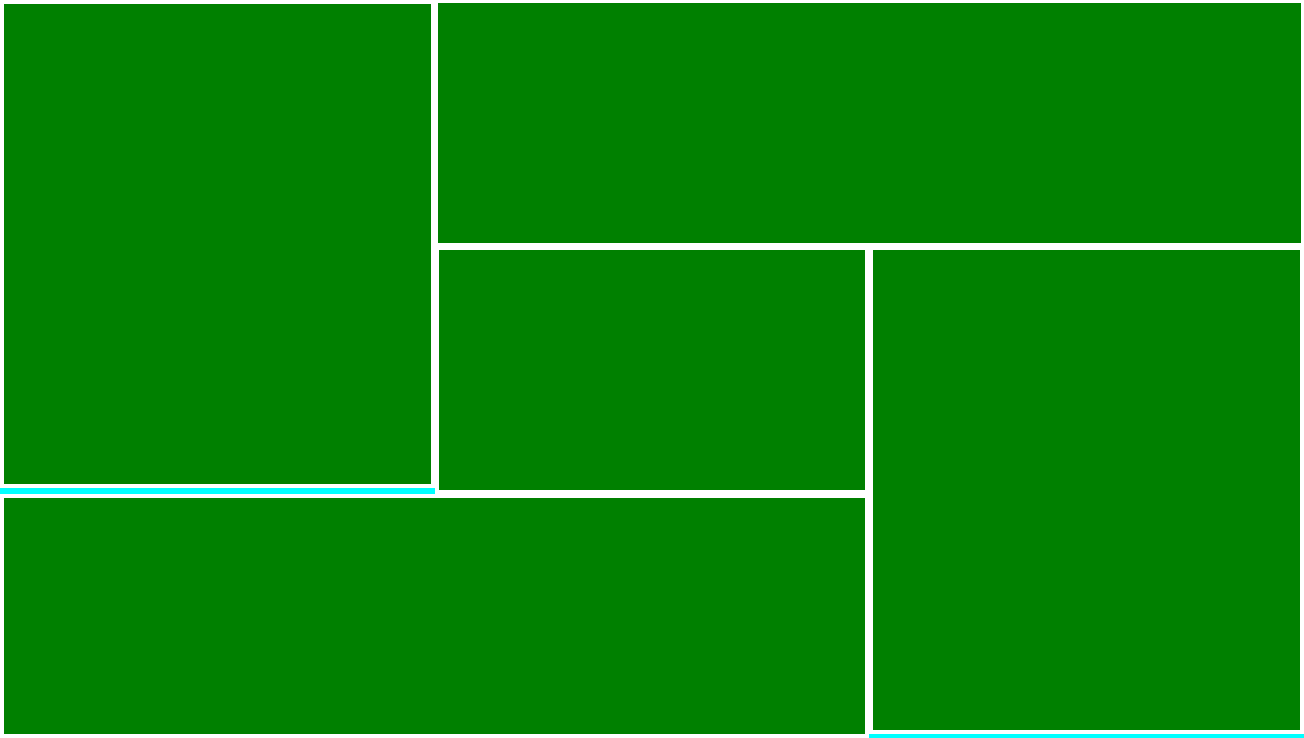
Repository: tianjiewang2022/tianjiewang2022.github.io
Page: index.html
The author's editor kept a copy of each file at every save. The page is drawn from the files as they stood at one save, then again after the next save.
The browser window is 1280 px wide. The page is 1304 px wide, so the pictures cover 1304 px, including what lies to the right of the window. The pictures show the whole page.

Above is the page before, as saved 2023-10-03 18:57:24.

After the next save:
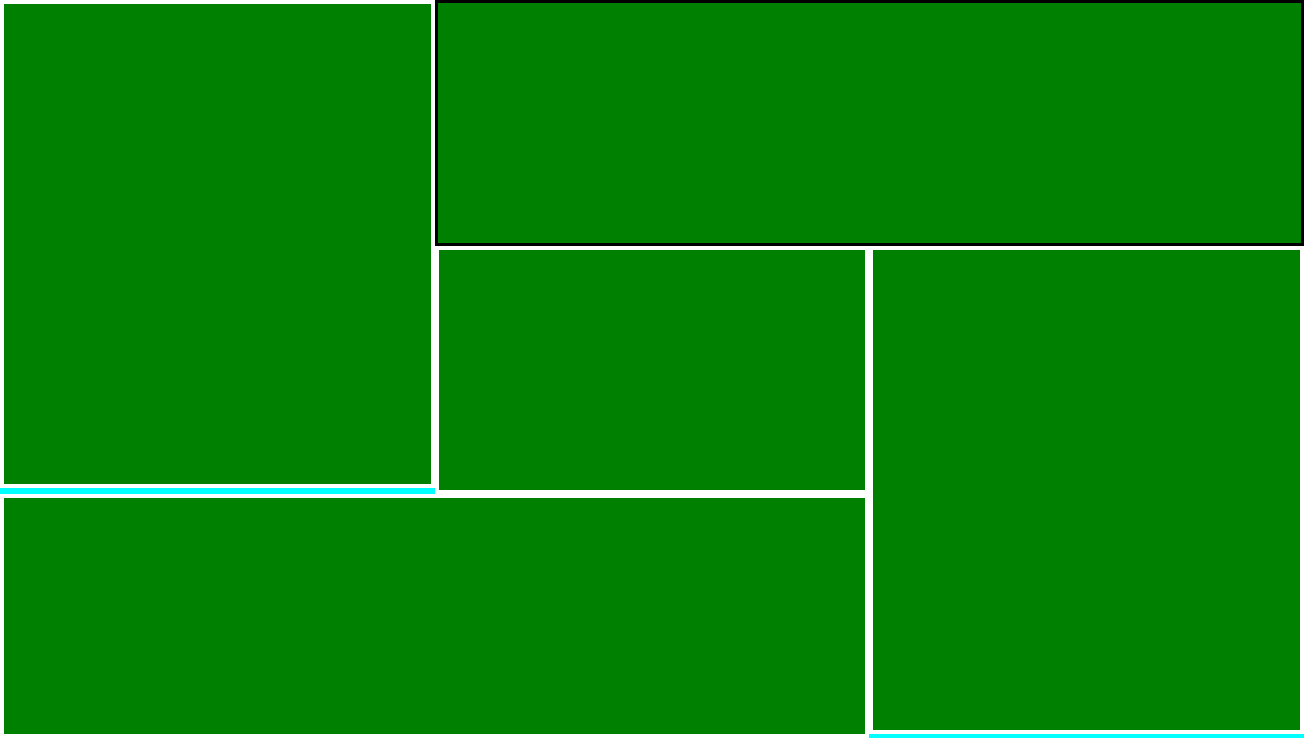
Saved 79 s later.
--- a/index.html
+++ b/index.html
@@ -28,7 +28,7 @@
                 z-index: 100;
                 height: calc(100vh / 3);
                 /* Set the height of the header */
-                border: 3px solid #fff;
+                border: 3px solid;
             }
 
             .left_bar {
